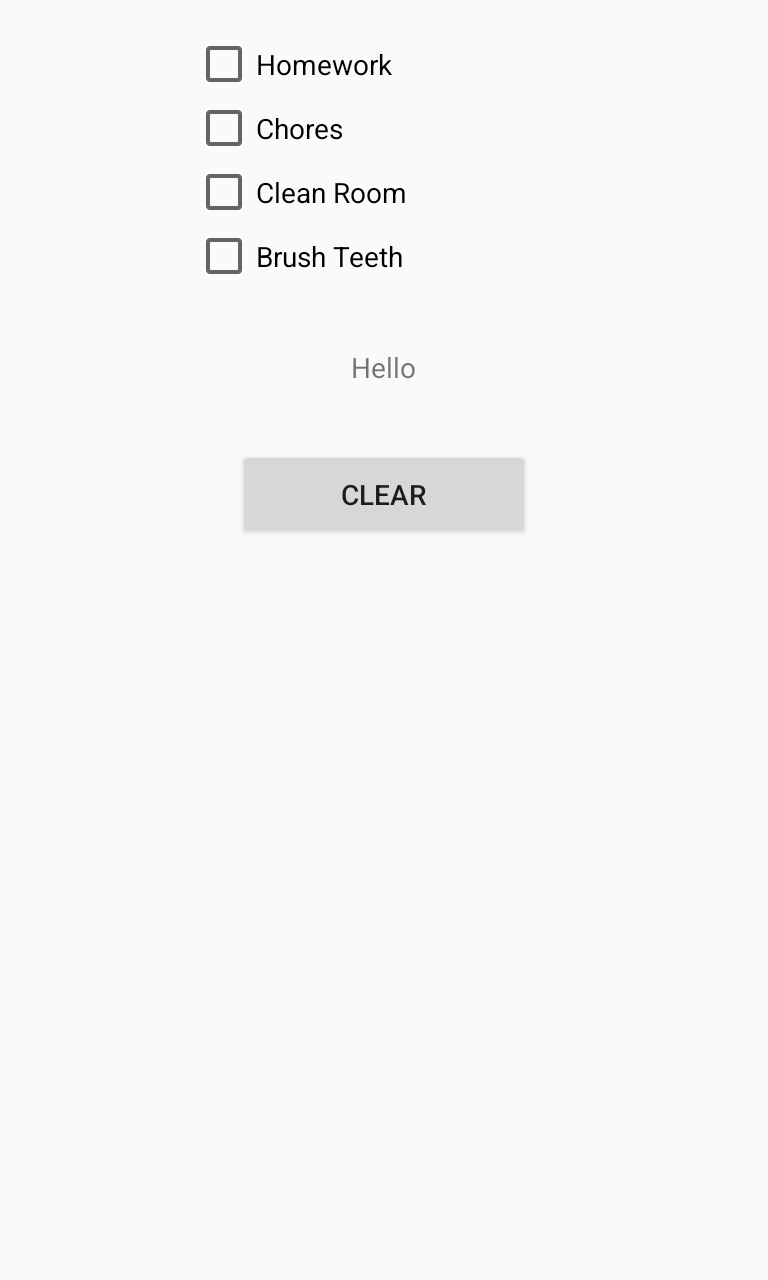
Repository: g80349/Java1
Layout: Week1 Project/ToDoList/res/layout/fragment_main.xml
The author's editor kept a copy of each file at every save. The layout is drawn from the files as they stood at one save, then again after a run of saves.
It is drawn on a 768 x 1280 px phone screen (xhdpi) without system bars, with theme AppTheme; the app's code is not run.

Above is the layout before, as saved 2014-04-03 17:22:23.

### Week1 Project/ToDoList/res/layout/fragment_main.xml
<LinearLayout xmlns:android="http://schemas.android.com/apk/res/android"
    xmlns:tools="http://schemas.android.com/tools"
    android:layout_width="match_parent"
    android:layout_height="match_parent"
    android:orientation="vertical"
    android:paddingBottom="@dimen/activity_vertical_margin"
    android:paddingLeft="@dimen/activity_horizontal_margin"
    android:paddingRight="@dimen/activity_horizontal_margin"
    android:paddingTop="@dimen/activity_vertical_margin"
    tools:context="com.example.todolist.MainActivity$PlaceholderFragment" >

    <CheckBox
        android:id="@+id/check_homework"
        android:layout_width="wrap_content"
        android:layout_height="wrap_content"
        android:layout_marginLeft="80dp"
        android:text="@string/check_homework" />

    <CheckBox
        android:id="@+id/check_chores"
        android:layout_width="wrap_content"
        android:layout_height="wrap_content"
        android:layout_marginLeft="80dp"
        android:text="@string/check_chores" />

    <CheckBox
        android:id="@+id/check_cleanRoom"
        android:layout_width="wrap_content"
        android:layout_height="wrap_content"
        android:layout_marginLeft="80dp"
        android:text="@string/check_cleanRoom" />

    <CheckBox
        android:id="@+id/check_brushTeeth"
        android:layout_width="wrap_content"
        android:layout_height="wrap_content"
        android:layout_marginLeft="80dp"
        android:text="@string/check_brushTeeth" />

    <TextView
        android:id="@+id/textView_toDo"
        android:layout_width="wrap_content"
        android:layout_height="wrap_content"
        android:layout_gravity="center_horizontal"
        android:layout_marginBottom="30dp"
        android:layout_marginTop="30dp"
        android:text="@string/textView_toDo" />

    <Button
        android:id="@+id/button_clear"
        android:layout_width="148dp"
        android:layout_height="wrap_content"
        android:layout_gravity="center"
        android:text="@string/button_clear" />

</LinearLayout>

### Week1 Project/ToDoList/res/values/strings.xml
<?xml version="1.0" encoding="utf-8"?>
<resources>

    <string name="app_name">To Do List</string>
    <string name="check_homework">Homework</string>
    <string name="check_chores">Chores</string>
    <string name="check_cleanRoom">Clean Room</string>
    <string name="check_brushTeeth">Brush Teeth</string>
    <string name="button_clear">Clear</string>
    <string name="textView_toDo">Hello</string>
    <string name="action_settings">Settings</string>

</resources>

Loaded but not shown: Week1 Project/ToDoList/res/values/styles.xml (common file); Week1 Project/ToDoList/res/values-v11/styles.xml (common file); Week1 Project/ToDoList/res/values-v14/styles.xml (common file); Week1 Project/ToDoList/res/values/dimens.xml (common file); Week1 Project/ToDoList/res/values-w820dp/dimens.xml (common file)

After the next 3 saves:
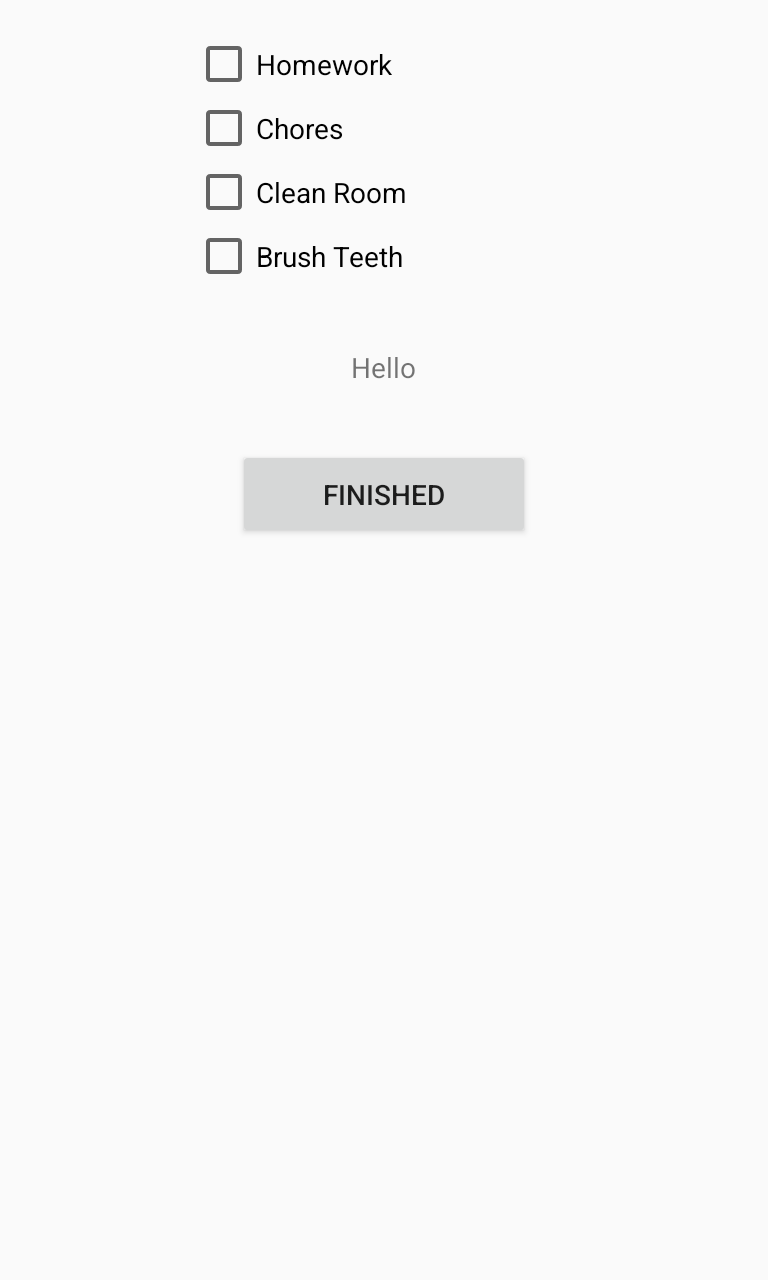
The 3 saves are shown as one change because 2 did not build or start.
The last was saved 2 min 53 s later.
--- a/Week1 Project/ToDoList/res/layout/fragment_main.xml
+++ b/Week1 Project/ToDoList/res/layout/fragment_main.xml
@@ -47,10 +47,10 @@
         android:text="@string/textView_toDo" />
 
     <Button
-        android:id="@+id/button_clear"
+        android:id="@+id/button_finish"
         android:layout_width="148dp"
         android:layout_height="wrap_content"
         android:layout_gravity="center"
-        android:text="@string/button_clear" />
+        android:text="@string/button_finish" />
 
 </LinearLayout>
--- a/Week1 Project/ToDoList/res/values/strings.xml
+++ b/Week1 Project/ToDoList/res/values/strings.xml
@@ -6,7 +6,7 @@
     <string name="check_chores">Chores</string>
     <string name="check_cleanRoom">Clean Room</string>
     <string name="check_brushTeeth">Brush Teeth</string>
-    <string name="button_clear">Clear</string>
+    <string name="button_finish">Finished</string>
     <string name="textView_toDo">Hello</string>
     <string name="action_settings">Settings</string>
 
